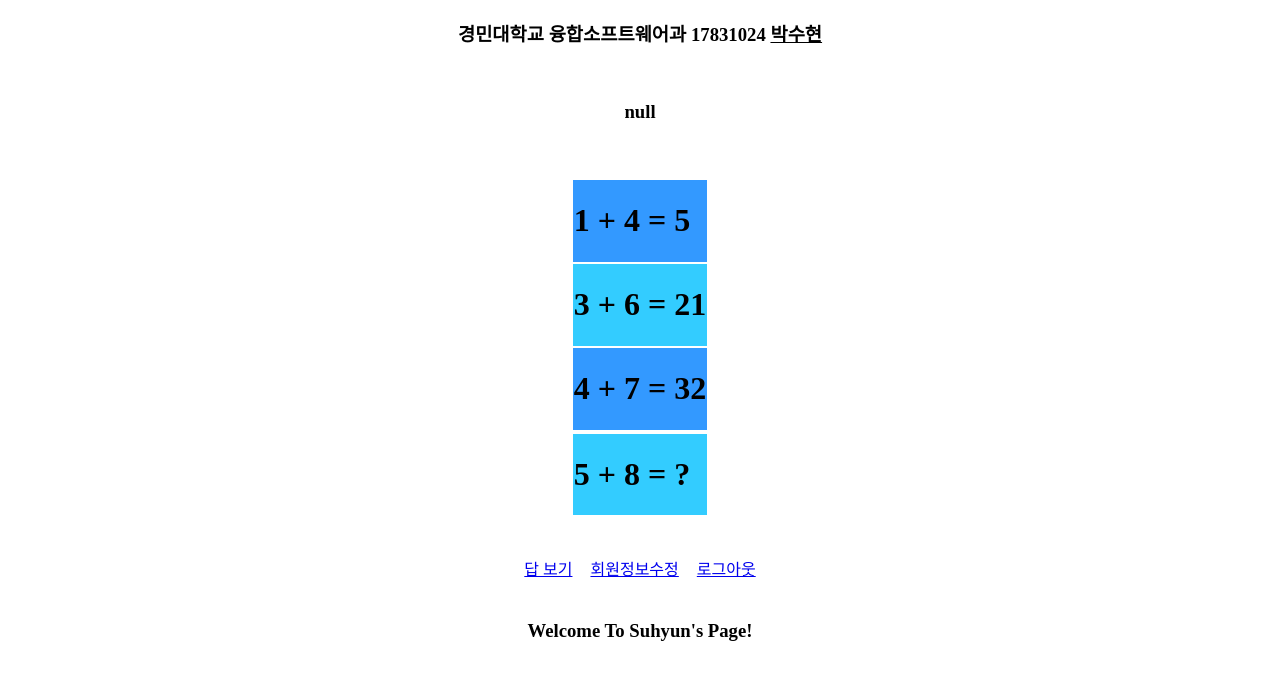
Repository: hyun5292/school
Page: http://localhost/Login/LoginResult.jsp
These files come from the project's save history. The page is drawn as it stood at one moment and after a run of saves; the edit follows.
The browser window is 1280 px wide. The pictures show the whole page.
The page is served by Tomcat 9. Other server files are loaded and not shown.

Above is the page before, as saved 2019-06-01 16:21:37.

### JSP/Login/Login/WebContent/LoginResult.jsp
<%@ page language="java" contentType="text/html; charset=EUC-KR"
    pageEncoding="EUC-KR"%>
<!DOCTYPE html>
<html>
<head>
<meta charset="EUC-KR">
<%
	String msg = (String)request.getAttribute("msg");
%>
<title>Insert title here</title>
</head>
<body>
	<center>
		<h3 align="center" id="name">
			경민대학교 융합소프트웨어과 17831024
			<ins>박수현</ins>
		</h3>
		<br>
		<h3><%=msg%></h3><br /> <br />
		<table>
			<tr>
				<td bgcolor="#3399ff">
					<h1>1 + 4 = 5</h1>
				</td>
			</tr>
			<tr>
				<td bgcolor="#33ccff">
					<h1>3 + 6 = 21</h1>
				</td>
			</tr>
			<tr>
				<td bgcolor="#3399ff">
					<h1>4 + 7 = 32</h1>
				</td>
			<tr>
			</tr>
			<tr>
				<td bgcolor="#33ccff">
					<h1>5 + 8 = ?</h1>
				</td>
			</tr>
		</table>
		<br />
		<br />

		<table>
			<tr>
				<td><a href="Login.html">답 보기</a></td>
				<td width=10></td>
				<td><a href="Modify.jsp">회원정보수정</a></td>
				<td width=10></td>
				<td><a href="Logout.jsp">로그아웃</a></td>
			</tr>
		</table>

		<br>
		<h3>Welcome To Suhyun's Page!</h3>
	</center>
</body>
</html>

After the next 2 saves:
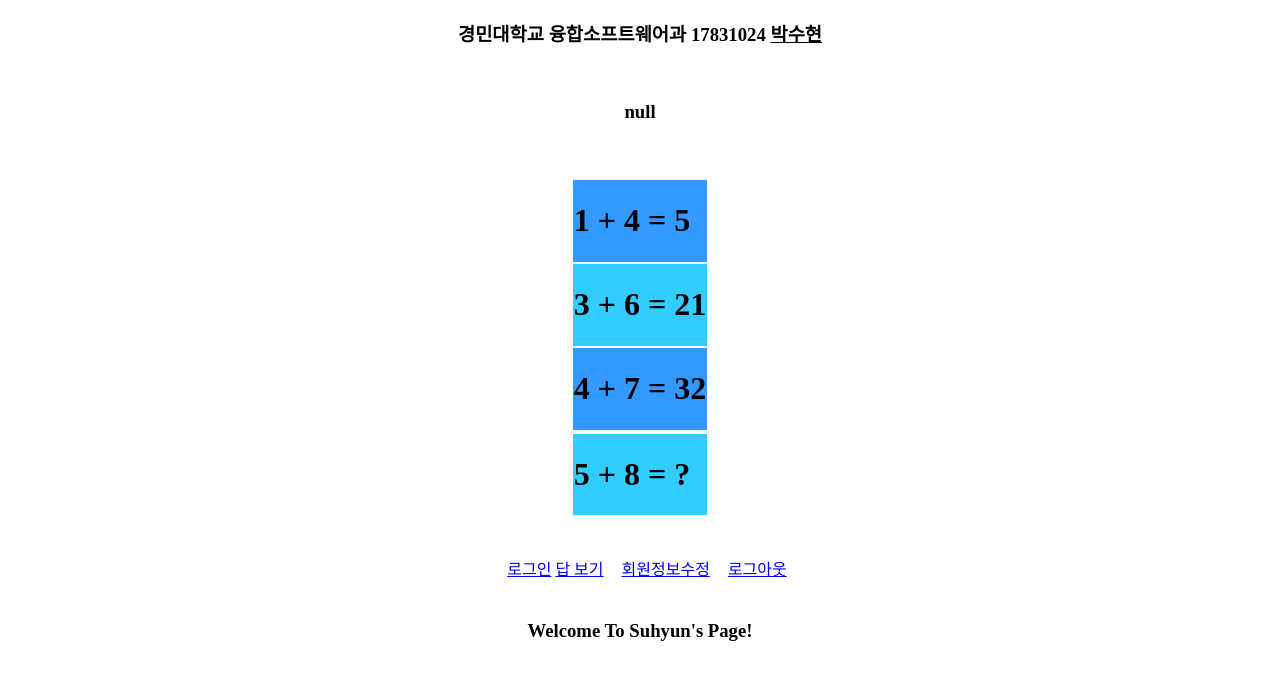
The 2 saves are shown as one change because they came seconds apart.
The last was saved 6 min 59 s later.
--- a/JSP/Login/Login/WebContent/LoginResult.jsp
+++ b/JSP/Login/Login/WebContent/LoginResult.jsp
@@ -45,6 +45,8 @@
 
 		<table>
 			<tr>
+				<td width=10></td>
+				<td><a href="Logout.jsp">로그인</a></td>
 				<td><a href="Login.html">답 보기</a></td>
 				<td width=10></td>
 				<td><a href="Modify.jsp">회원정보수정</a></td>
